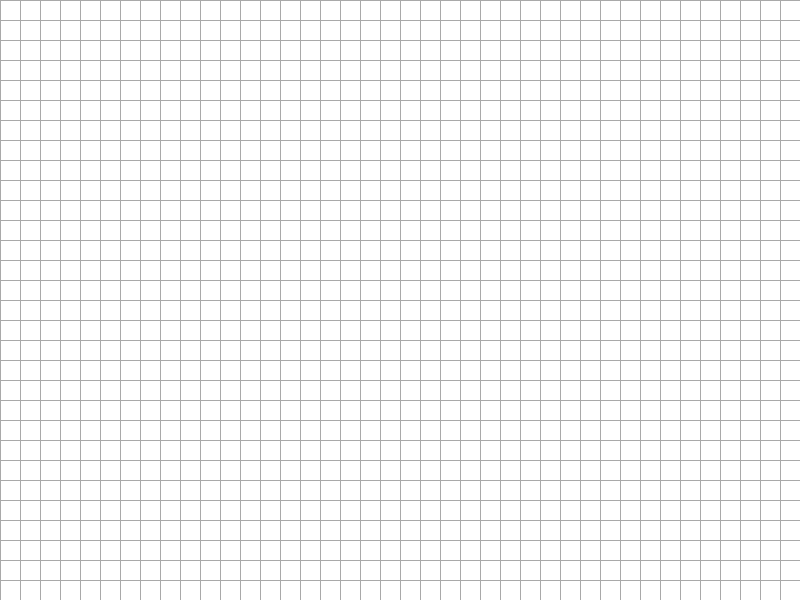
Repository: GreenSheep-Studio/PythonLearning
Script's output: python src/Ax.py
These files come from the project's save history. The script's output is drawn as it stood at one moment and after the next save; the edit follows.
The window is shown after at most 60 frames with no key pressed. Random numbers start from a fixed seed.

Above is the script's output before, as saved 2023-12-07 23:26:52.

After the next save:
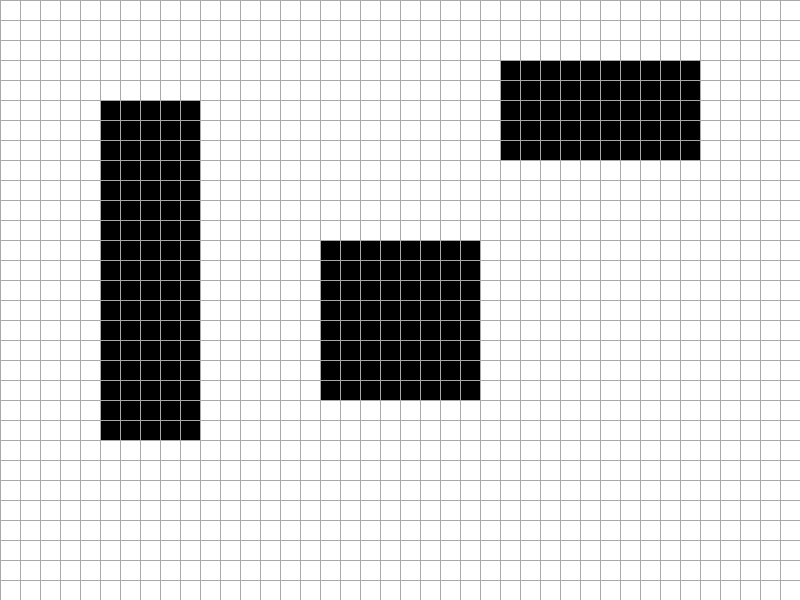
Saved 8 s later.
--- a/src/Ax.py
+++ b/src/Ax.py
@@ -9,7 +9,7 @@
 #模式选择: Dijkstra or Astar
 mode = Astar
 
-GAME_LEVEL =10  #障碍物等级，目前可选项为0或1
+GAME_LEVEL =1  #障碍物等级，目前可选项为0或1
 delay_sec = 0.05   #算法延时，单位：秒；可设置延时来观察学习路径规划的逐步实现过程
 #颜色RGB值
 grey = (169, 169, 169)
